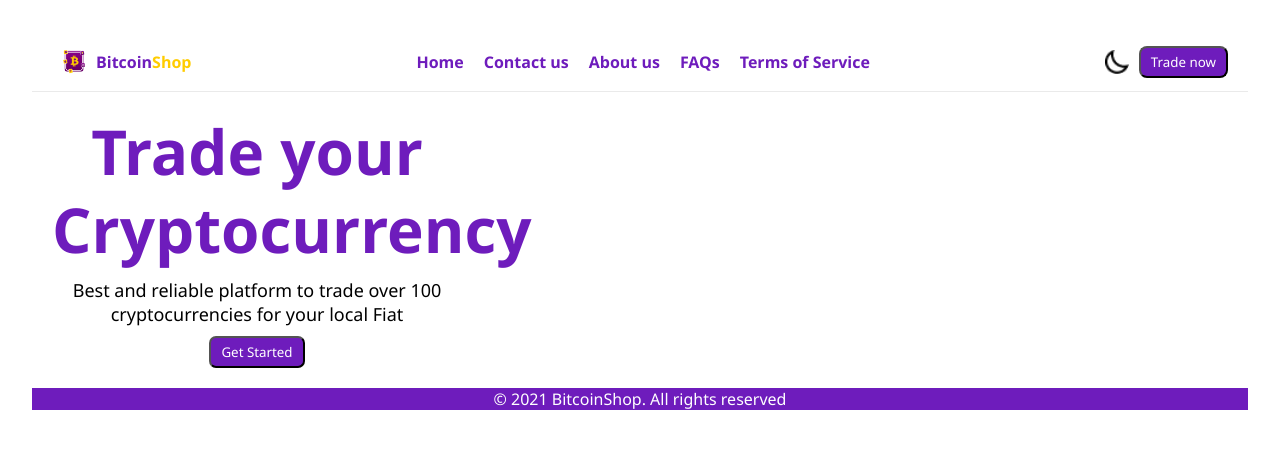
Repository: akinmiday/bitcoinshop-website
Page: /
These files come from the project's save history. The page is drawn as it stood at one moment and after the next save; the edit follows.
The browser window is 1280 px wide. The pictures show the whole page.
The project was rebuilt for these pictures with package versions that can differ from the ones it lists, and the page was loaded fresh each time. Also part of the build but not shown: vite.config.js.

Above is the page before, as saved 2023-07-10 15:51:34.

After the next save:
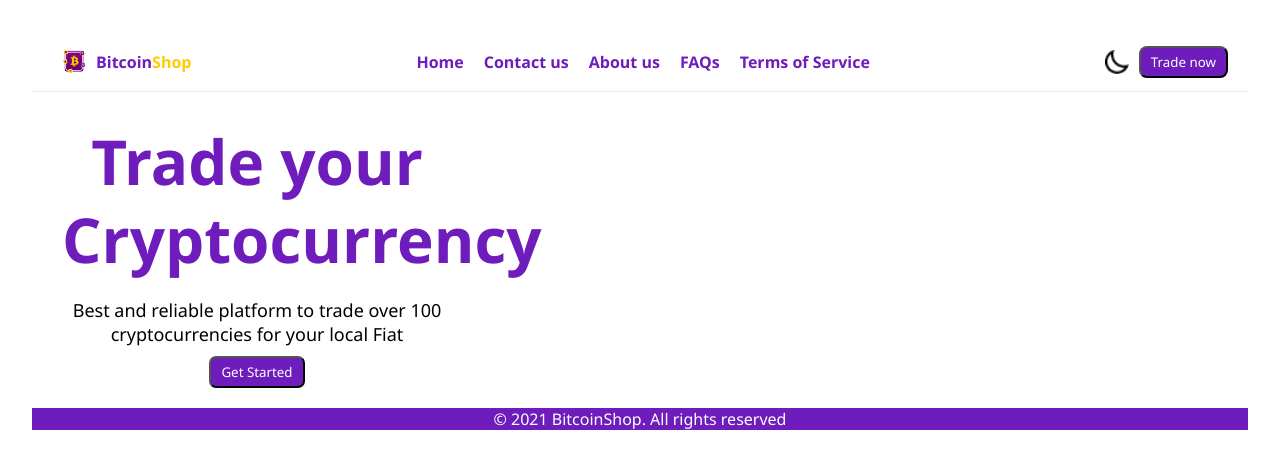
Saved 4 s later.
--- a/src/index.css
+++ b/src/index.css
@@ -70,7 +70,7 @@
     font-style: normal;
     font-weight: 700;
     line-height: 78px;
-    padding: 10p;
+    padding: 10px;
 
 }
 

After the save that followed:
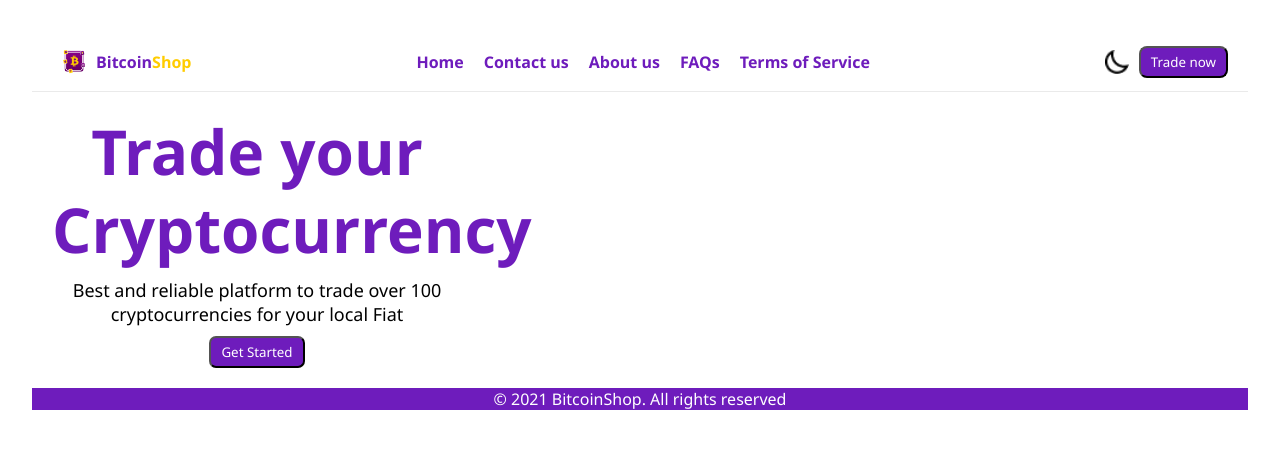
Saved 24 s later.
--- a/src/index.css
+++ b/src/index.css
@@ -70,7 +70,7 @@
     font-style: normal;
     font-weight: 700;
     line-height: 78px;
-    padding: 10px;
+
 
 }
 
